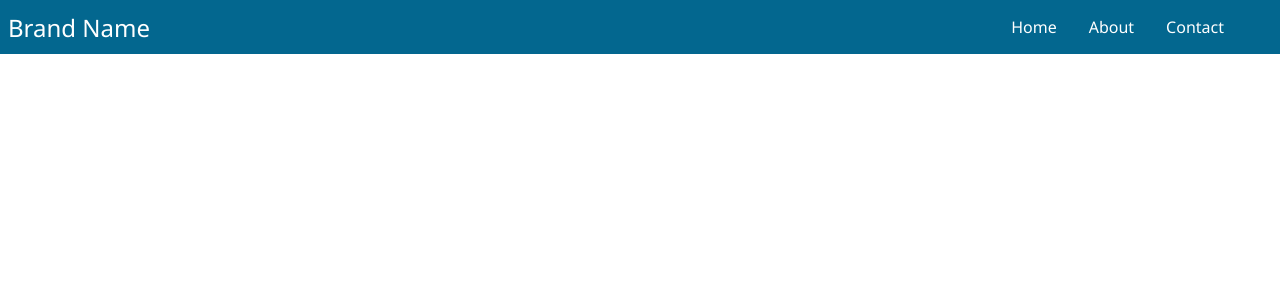
Repository: Jrap-bit/PeriodofSharing
Page: index.html
The author's editor kept a copy of each file at every save. The page is drawn from the files as they stood at one save, then again after the next save.
The browser window is 1280 px wide. The pictures show the whole page.

Above is the page before, as saved 2022-01-12 21:09:24.

### index.html
<!DOCTYPE html>
<html lang="en">
<head>
    <meta charset="UTF-8">
    <meta http-equiv="X-UA-Compatible" content="IE=edge">
    <meta name="viewport" content="width=device-width, initial-scale=1.0">
    <link rel='stylesheet' href = 'style.css'>
    <title>Women</title>
</head>
<body>
    <nav class="navbar">
        <div class="brand-title">
            Brand Name
        </div>
        <a href="#" class="toggle-button">
            <span class="bar"></span>
            <span class="bar"></span>
            <span class="bar"></span>
        </a>
        <div class="navbar-links">
            <ul>
                <li><a href="#Home">Home</a></li>
                <li><a href="#About">About</a></li>
                <li><a href="#Contact">Contact</a></li>
            </ul>
        </div>
    </nav>
</body>
</html>

### style.css
* {
    box-sizing: border-box;
    font-family: 'Segoe UI', Tahoma, Geneva, Verdana, sans-serif;
}

body {
    margin: 0;
    padding: 0;
}

html{
    scroll-behavior: smooth;
}

.navbar{
    display: flex;
    justify-content: space-between;
    align-items: center;
    background-color: rgb(3, 103, 143);
    color: white;

}

.brand-title{
    font-size: 1.5rem;
    margin: .5rem;

}

.navbar-links ul{
    margin: 0 40px;
    padding: 0;
    display: flex;
}

.navbar-links li {
    list-style: none;

}

.navbar-links li a{
    text-decoration: none;
    color: white;
    padding: 1rem;
    display: block;
}

.navbar-links li:hover{
    background-color: rgb(1, 54, 75);
}

.toggle-button {
    position: absolute;
    top: .75rem;
    right: 1rem;
    display: none;
    flex-direction: column;
    justify-content: space-between;
    width: 30px;
    height: 21px;
}

.toggle-button .bar{
    height: 3px;
    width: 100%;
    background-color: white;
    border-radius: 10px;
}

@media (max-width: 800px) {
    .toggle-button{
        display: flex;
    }
    .navbar-links{
        display: none;
        width: 100%;
    }

    .navbar{
        flex-direction: column;
        align-items: flex-start;
    }

    .navbar-links ul {
        flex-direction: column;
        width: 100%;

    }

    .navbar-links li{
        text-align: center;
    }

    .navbar-links li a{
        padding: 0.5rem 1rem;
    }

    .navbar-links.active{
        display: flex;
    }

    .toggle-button:hover{
        background-color: #666;
    }
}

After the next save:
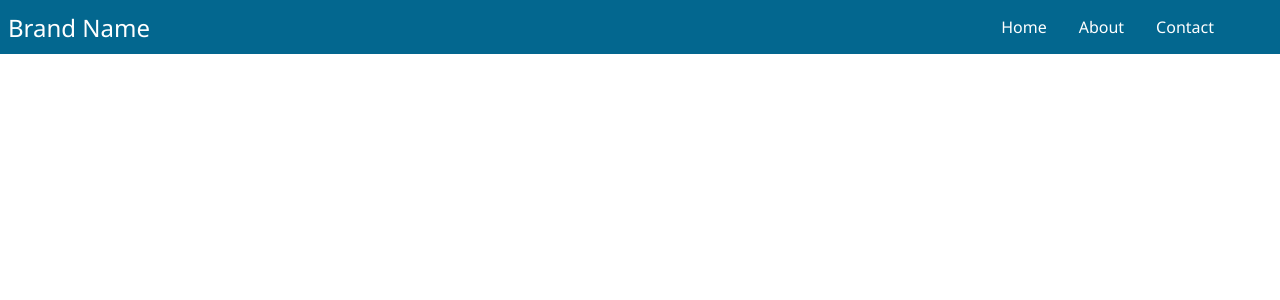
Saved 7 s later.
--- a/style.css
+++ b/style.css
@@ -28,7 +28,7 @@ html{
 }
 
 .navbar-links ul{
-    margin: 0 40px;
+    margin: 0 50px;
     padding: 0;
     display: flex;
 }
